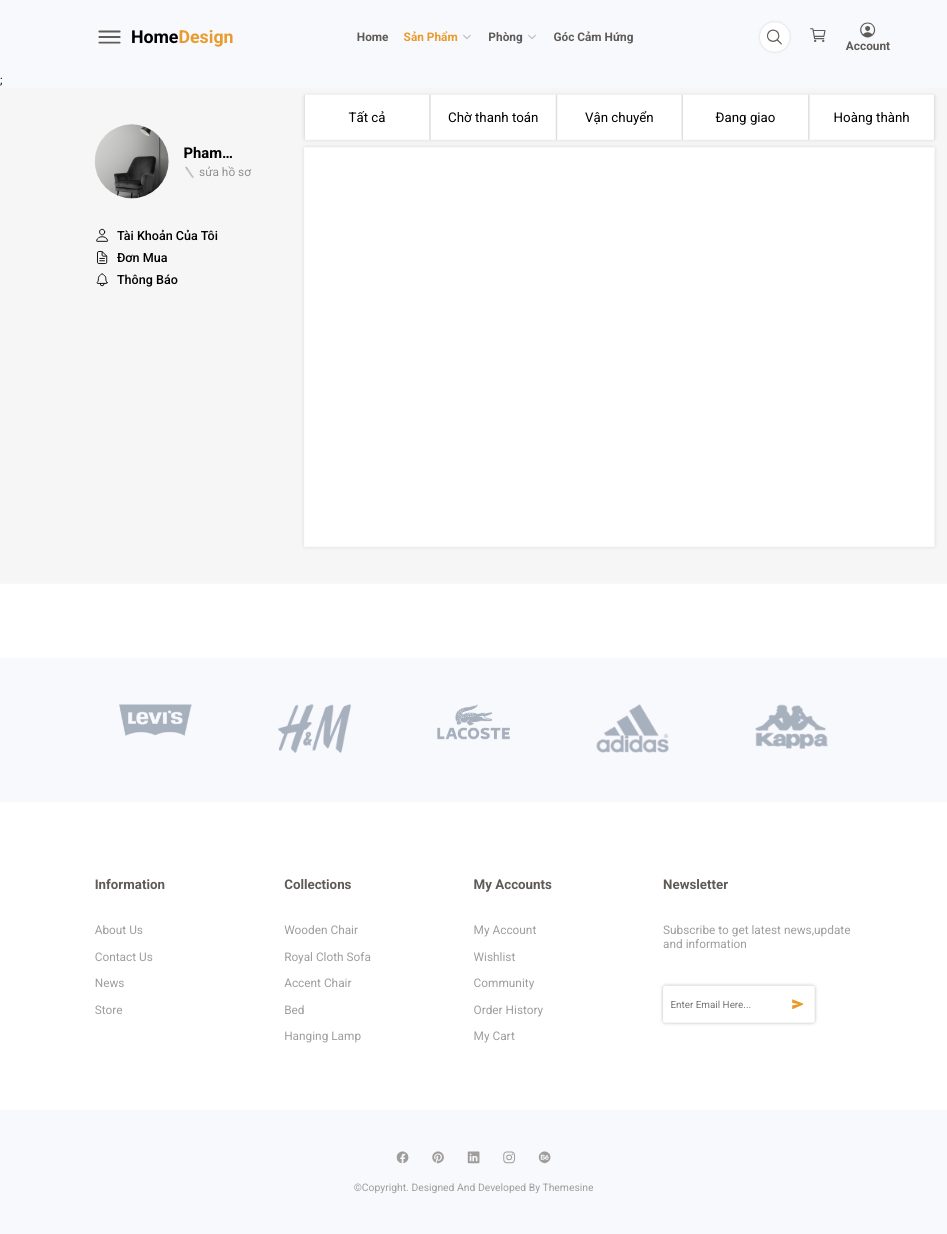
Repository: roll-t/do_an_CT299
Page: http://localhost/profile.php
The author's editor kept a copy of each file at every save. The page is drawn from the files as they stood at one save, then again after the next save.
The browser window is 1280 px wide. The pictures show the whole page, at 74% of full size.
Some web fonts or font styles are not loaded; a fallback is used. The page is run by PHP 8.4 with error messages shown; the project is at /var/www/html/. Queries for data that is not in the repository find no rows.

Above is the page before, as saved 2023-03-15 20:39:58.
Console error: TypeError: Cannot read properties of null (reading 'length')

### profile.php
<!DOCTYPE html>
<html lang="en">
<?php include './head.php' ?>
<link rel="stylesheet" href="./assets/css/profile.css">
<body>
    <div class="wrapper">
    <header id="top" class="header  header-banner">
        <?php include './header.php' ?>;
        </header>
        <div class="container-profile">
            <div class="left-profile">
                <div class="head">
                    <div class="avata">
                        <div class="img">
                            <img src="./images/room/living-room/img-2.png" alt="">
                        </div>
                        <div class="name">
                            <h4>Pham Phuoc Truong</h4>
                            <p><ion-icon name="pencil-outline"></ion-icon><span>sửa hồ sơ</span></p>
                        </div>
                    </div>

                </div>
                <div class="body">
                    <li class="items-profile">
                        <ion-icon name="person-outline"></ion-icon><p>Tài Khoản Của Tôi</p>
                        <ul class="menu-content">
                            <li class="items"><a href="#">Hồ sơ</a></li>
                            <li class="items"><a href="#">Ngân hàng</a></li>
                            <li class="items"><a href="#">Địa chỉ</a></li>
                            <li class="items"><a href="#">Đổi mật khẩu</a></li>
                        </ul>
                    </li>
                    <li class="items-profile">
                        <ion-icon name="document-text-outline"></ion-icon><p>Đơn Mua</p>
                        <ul></ul>
                    </li>
                    <li class="items-profile">
                        <ion-icon name="notifications-outline"></ion-icon><p>Thông Báo</p>
                        <ul class="menu-content">
                            <li class="items"><a href="#">Hồ sơ</a></li>
                            <li class="items"><a href="#">Ngân hàng</a></li>
                            <li class="items"><a href="#">Địa chỉ</a></li>
                            <li class="items"><a href="#">Đổi mật khẩu</a></li>
                        </ul>
                    </li>
                </div>
            </div>
            <div class="right-profile">
                <div class="items-right-profile my-profile">
                    <div class="head">
                        <h4>Hồ sơ của tôi</h4>
                        <p>Quản lý thông tin hồ sơ để bảo mật tài khoản</p>
                    </div>
                        <div class="container-my-profile">
                            <div class="left">
                                <form action="">
                                    <div class="group-input">
                                        <label for="account">Tên Đăng nhập: </label>
                                        <input name="account" type="text" placeholder="Tên đăng nhập chỉ được đổi một lần !">
                                    </div>
                                    <div class="group-input">
                                        <label for="name">Tên: </label>
                                        <input name="name" type="text" placeholder="Nhập vào tên ...">
                                    </div>
                                    <div class="group-input">
                                        <label for="phone">Số điện thoại: </label>
                                        <input name="phone" type="text" placeholder="Số điện thoại ">
                                    </div>
                                    <div class="group-input gender">
                                        <span>Giới tính: </span>
                                        <p>
                                            <span><label for="gender">Nam</label><input name="gender" type="radio"></span>
                                            <span><label for="gender">Nữ</label><input name="gender" type="radio"></span>
                                            <span><label for="gender">Khác</label><input name="gender" type="radio"></span>
                                        </p>
                                    </div>
                                    <div class="group-input">
                                        <span>Tỉnh / Thành Phố</span>
                                        <select name="" id="">
                                            <option value="">chon 1</option>
                                            <option value="">chon 1</option>
                                            <option value="">chon 1</option>
                                            <option value="">chon 1</option>
                                        </select>
                                    </div>
                                    <div class="group-input">
                                        <span>Quận / Huyện</span>
                                        <select name="" id="">
                                            <option value="">chon 1</option>
                                            <option value="">chon 1</option>
                                            <option value="">chon 1</option>
                                            <option value="">chon 1</option>
                                        </select>
                                    </div>
                                    <div class="group-input">
                                        <span>Địa Chỉ</span>
                                        <textarea name="" id="" cols="10" rows="3"></textarea>
                                    </div>
                                    <div class="confrim-info">
                                        <input type="submit" value="Lưu">
                                    </div>
                                </form>
                                </div>
                                <div  class="right">
                                    <div class="avata">
                                        <div class="img">
                                            <img src="./images/room/living-room/img-2.png" alt="">
                                        </div>
                                        <div class="name">
                                            <input type="file">
                                            <p><span>Dụng lượng file tối đa 1 MB
                                                Định dạng:.JPEG, .PNG</span></p>
                                        </div>
                                    </div>
                                </div>
                            </div>

                </div>
                <div class="items-right-profile order  active">
                    <div class="header-right">
                        <ul class="menu">
                            <li class="menu-item"><a href="#">Tất cả</a></li>
                            <li class="menu-item"><a href="#">Chờ thanh toán</a></li>
                            <li class="menu-item"><a href="#">Vận chuyển</a></li>
                            <li class="menu-item"><a href="#">Đang giao</a></li>
                            <li class="menu-item"><a href="#">Hoàng thành</a></li>
                        </ul>
                    </div>
                    <div class="container-right">
                    </div>
                </div>

            </div>
        </div>

        <?php include './footer.php' ?>
    </div>
</body>
<script src="./assets/javascript/show-search.js"></script>
<script src="./assets/javascript/cr-menu-item-product.js"></script>
<script src="./assets/javascript/show-left-meu.js"></script>
<script src="./assets/javascript/slide-2-banner.js"></script>
<script src="./assets/javascript/sticky-header.js"></script>
<script src="./assets/javascript/cart.js"></script>
<script src="./assets/javascript/profile.js"></script>
</html>

### head.php
<head>
    <meta charset="UTF-8">
    <meta http-equiv="X-UA-Compatible" content="IE=edge">
    <meta name="viewport" content="width=device-width, initial-scale=1.0">
    <title>HomeDesign</title>
    <link href="https://fonts.googleapis.com/css?family=Roboto:100,100i,300,300i,400,400i,500,500i,700,700i,900,900i" rel="stylesheet">
    <script type="module" src="https://unpkg.com/ionicons@5.5.2/dist/ionicons/ionicons.esm.js"></script>
    <link rel="preconnect" href="https://fonts.googleapis.com">
    <link rel="preconnect" href="https://fonts.gstatic.com" crossorigin>
    <link href="https://fonts.googleapis.com/css2?family=Acme&family=Akshar&family=Archivo+Black&family=Assistant:wght@200;300&family=Bangers&family=Carter+One&family=Dancing+Script:wght@500;600&family=Fjalla+One&family=Gulzar&family=Hind+Siliguri:wght@400;500;700&family=Karla:wght@200&family=Lato&family=Ms+Madi&family=Mukta:wght@300;800&family=Nunito:wght@200;300&family=Orelega+One&family=Oswald&family=Oxygen:wght@700&family=PT+Sans+Narrow&family=Permanent+Marker&family=Poppins:wght@100&family=Quicksand:wght@500&family=Roboto+Mono:wght@300&family=Roboto:ital,wght@0,500;0,900;1,500&family=Rubik&family=Square+Peg&family=The+Nautigal:wght@400;700&family=Varela+Round&family=Vollkorn:wght@500&display=swap" rel="stylesheet">
    <script nomodule src="https://unpkg.com/ionicons@5.5.2/dist/ionicons/ionicons.js"></script>
    <script src="https://ajax.googleapis.com/ajax/libs/jquery/3.6.3/jquery.min.js"></script>
    <link rel="stylesheet" href="./assets/css/app.css">
    <link rel="stylesheet" href="./assets/css/home.css">
    <link rel="stylesheet" href="./assets/css/book.css">
    <link rel="stylesheet" href="./assets/css/product.css">
    <link rel="shortcut icon" href="./logo/logo.png" type="image/x-icon">
</head>

### connect.php
<?php
$servername = "localhost";
$username = "root";
$password = "";
$dbname = "website_bannoithat";

// Create connection
$conn = new mysqli($servername, $username, $password, $dbname);
// Check connection
if ($conn->connect_error) {
  die("Connection failed: " . $conn->connect_error);
}
?>

### query.php

<?php
    function select_value($sql){
        global $conn;
        $arr_value=$conn->query($sql)->fetch_assoc();
        return $arr_value;
    }
    function select_value_all($sql){
        global $conn;
        $arr_value=$conn->query($sql)->fetch_all();
        return $arr_value;
    }

?>

### footer.php



    <div  class="body-6">
            <ul class="list-client">
                <li class="clients">
                    <img src="./images/clients/c1.png" alt="">
                </li>
                <li class="clients">
                    <img src="./images/clients/c2.png" alt="">
                </li>
                <li class="clients">
                    <img src="./images/clients/c3.png" alt="">
                </li>
                <li class="clients">
                    <img src="./images/clients/c4.png" alt="">
                </li>
                <li class="clients">
                    <img src="./images/clients/c5.png" alt="">
                </li>
            </ul>
    </div>
    <div id="contact" class="body-7">
            <div class="list-contact">
                <div class="list-contact-items">
                    <li class="items-contact title">
                        Information
                    </li>
                    <li class="items-contact"><a href="#">
                        About Us
                    </a></li>
                    <li class="items-contact"><a href="#">
                        Contact Us
                    </a></li>
                    <li class="items-contact"><a href="#">
                        News
                    </a></li>
                    <li class="items-contact"><a href="#">
                        Store
                    </a></li>
                </div>
                <div class="list-contact-items">
                    <li class="items-contact title">
                        Collections
                    </li>
                    <li class="items-contact"><a href="#">
                        Wooden Chair
                    </a></li>
                    <li class="items-contact"><a href="#">
                        Royal Cloth Sofa
                    </a></li>
                    <li class="items-contact"><a href="#">
                        Accent Chair
                    </a></li>
                    <li class="items-contact"><a href="#">
                        Bed
                    </a></li>
                    <li class="items-contact"><a href="#">
                        Hanging Lamp
                    </a></li>
                </div>
                <div class="list-contact-items">
                    <li class="items-contact title">
                        My Accounts
                    </li>
                    <li class="items-contact"><a href="#">
                        My Account
                    </a></li>
                    <li class="items-contact"><a href="#">
                        Wishlist
                    </a></li>
                    <li class="items-contact"><a href="#">
                        Community
                    </a></li>
                    <li class="items-contact"><a href="#">
                        Order History
                    </a></li>
                    <li class="items-contact"><a href="#">
                        My Cart
                    </a></li>
                </div>
                <div class="list-contact-items">
                    <li class="items-contact title">
                        Newsletter
                    </li>
                    <li class="items-contact"><a href="#">
                        Subscribe to get latest news,update and information
                    </a></li>
                    <li class="items-contact">
                        <div class="letter">
                            <input class="input-letter" type="text" placeholder="Enter Email Here...">
                            <ion-icon name="send"></ion-icon>
                        </div>
                    </li>
                </div>
            </div>
    </div>
    <footer class="footer">
            <div class="list-icon">
                <li class="icon-items"><a href="#"><ion-icon name="logo-facebook"></ion-icon></a></li>
                <li class="icon-items"><a href="#"><ion-icon name="logo-pinterest"></ion-icon></a></li>
                <li class="icon-items"><a href="#"><ion-icon name="logo-linkedin"></ion-icon></a></li>
                <li class="icon-items"><a href="#"><ion-icon name="logo-instagram"></ion-icon></a></li>
                <li class="icon-items"><a href="#"><ion-icon name="logo-behance"></ion-icon></a></li>
            </div>
            <div class="text">©Copyright. Designed And Developed By Themesine</div>
    </footer>

### assets/css/app.css
:root{
    --font-1:'Roboto', sans-serif;
}
html{
    scroll-behavior: smooth;
}
*{
    padding:0;
    margin:0;
    box-sizing: border-box;
    font-family:var(--font-1);
    transition: .25s;
}
a{
    text-decoration: none;
}
li{
    list-style: none;
}
img{
    width:100%;
}

### assets/css/profile.css


.container-profile{
    padding-block:50px;
    display: grid;
    grid-template-columns: 2.5fr 8fr;
    padding-inline:10%;
    grid-column-gap: 5%;
    background-color:#eeeeee84;
}
.container-profile .left-profile{
    display:flex;
    flex-direction: column;
    align-items: center;
}
.container-profile .left-profile .head{
    gap:20px;
    display:flex;
    flex-direction: column;
    justify-content: center;
    align-items: center;
}
.container-profile .left-profile .head .avata{
    display:flex;
    align-items: center;
    gap:20px;
}
.container-profile .left-profile .head .avata .img{
    flex-shrink: 0;
    width: 100px;
    height: 100px;
    overflow: hidden;
    border-radius: 100rem;
    display: flex;
    justify-content: center;
    align-items: center;
    cursor: pointer;
}

.container-profile .left-profile .head .name h4{
    font-size: 20px;
    display:-webkit-box;
    -webkit-line-clamp:1;
    -webkit-box-orient: vertical;
    overflow: hidden;
    text-overflow: ellipsis;
    word-break: break-word;
}
.container-profile .left-profile .head .name p{
    margin-top: 5px;
    display:flex;
    align-items: center;
    color:#929191;
    transition: .1s;
    cursor: pointer;
    gap:5px;
}
.container-profile .left-profile .head .name p:active{
    color:black;

}
.container-profile .left-profile .head .name p ion-icon{
    transform: rotateY(180deg) rotateZ(-10deg);
}
.container-profile .left-profile .body{
    margin-top: 30px;
    padding-top:10px;
    width:100%;
}
.container-profile .left-profile .items-profile{
    display:grid;
    grid-template-areas:'h1 h2 h2' 'h3 h3 h3' ;
    font-size: 17px;
    justify-content: start;
    align-items: center;
    grid-column-gap: 10px;
    cursor: pointer ;
    padding-bottom:10px;
}
.container-profile .left-profile .items-profile ion-icon{
    grid-area: h1;
    font-size: 20px;
}
.container-profile .left-profile .items-profile p{
    display:inline-block;
    margin-right:auto;
    justify-items: start;
    grid-area: h2;
    font-weight: 500 ;
}
.container-profile .left-profile .items-profile p:active {
    background-color: #33333345;
}
.container-profile .left-profile .items-profile ul{
    display:none;
    padding-block:10px;
    grid-area: h3;
}
.container-profile .left-profile .items-profile ul.active{
    display: block;
}
.container-profile .left-profile .items-profile ul li{
    padding-left:30px;
}
.container-profile .left-profile .items-profile ul li a{
    color:#333;
}
.container-profile .left-profile .items-profile ul li:hover{
    background:#33333337;
}
.container-profile .right-profile{
    margin-top: -40px;
    width:115%;
}
.container-profile .right-profile .header-right{
    background: white;
    box-shadow: 0 0 5px rgba(0, 0, 0, 0.114);
}
.container-profile .right-profile .header-right .menu{
    display:flex;
}
.container-profile .right-profile .header-right .menu .menu-item{
    border-left:1px solid rgba(0, 0, 0, 0.132);
    border-right:1px solid rgba(0, 0, 0, 0.132);
    text-align: center;
    padding-block:20px;
    flex-basis: 20%;
}
.container-profile .right-profile .header-right .menu .menu-item:hover{
    background: rgba(232, 230, 230, 0.308);
}
.container-profile .right-profile .header-right .menu .menu-item a{
    font-size: 18px;
    color:black;
}
.container-profile .right-profile .container-right{
    background: white;
    height:75vh;
    margin-top: 10px;

    box-shadow: 0 0 5px rgba(0, 0, 0, 0.114);
}
.container-profile .right-profile .items-right-profile{
    display:none;
}
.container-profile .right-profile .items-right-profile.active{
    display:block;
}
.container-profile .right-profile .my-profile{
    height: 80vh;
    overflow-y: scroll;
    background: white;
    box-shadow: 0 0 5px rgba(0, 0, 0, 0.114);
}
.container-profile .right-profile .my-profile .head{
    padding-inline:5%;
    padding-block:5px;
    border-bottom:1px solid rgba(128, 128, 128, 0.247);
}

.container-profile .right-profile .my-profile .head h4{
    font-size: 25px;
    font-weight: 500;
    padding-block:5px;
}

.container-profile .right-profile .my-profile .head p{
    font-size: 15px;
    color:rgba(0, 0, 0, 0.566);
    padding-bottom:5px;
}

.container-profile .right-profile .my-profile .container-my-profile{
    display:grid;
    grid-template-columns:7fr 3fr;
    padding-inline:5%;
    margin-block:25px;
}
.container-profile .right-profile .my-profile .container-my-profile .group-input{
    display:flex;
    align-items: center;
    justify-content: space-between;
    padding-block:10px;
    padding-right:10%;
}
.container-profile .right-profile .my-profile .container-my-profile .group-input.gender{
    display:flex;
    align-items: center;
    padding-right:30%;
}
.container-profile .right-profile .my-profile .container-my-profile .group-input.gender p label{
    margin-right:10px;
}
.container-profile .right-profile .my-profile .container-my-profile .group-input.gender p input{
    margin-right:30px;
}
.container-profile .right-profile .my-profile .container-my-profile .group-input input,textarea ,select{
    flex-basis: 70%;
    padding-block:10px;
}
.container-profile .right-profile .my-profile .container-my-profile .left .confrim-info{
    display:flex;
    justify-content: start;
    padding-block:20px;
}
.container-profile .right-profile .my-profile .container-my-profile .left .confrim-info input{
    padding:8px 30px;
    font-size: 15px;
    cursor: pointer;
    color:white;
    border:none;
    background: black;
    font-weight: 500;
}
.container-profile .right-profile .my-profile .container-my-profile .left .confrim-info input:active{
    opacity: .5;
}


.container-profile .right-profile .my-profile .right .avata{
    padding-inline:10%;
    gap:20px;
    padding-top:100px;
    display:flex;
    flex-direction: column;
    align-items: center;
}
.container-profile .right-profile .my-profile .right .avata p{
    font-size: 13px;
    text-align: center;
    width: 100%;
    padding-block:10px;
    padding-inline:10%;
}
.container-profile .right-profile .my-profile .right .avata .img{
    width: 100px;
    height: 100px;
    overflow: hidden;
    border-radius: 100rem;
}

Loaded but not shown: assets/javascript/cart.js (201 lines, source omitted); assets/javascript/slide-2-banner.js (94 lines, source omitted); assets/javascript/show-left-meu.js (42 lines, source omitted); assets/javascript/profile.js (28 lines, source omitted); assets/javascript/show-search.js (31 lines, source omitted); assets/javascript/sticky-header.js (13 lines, source omitted); assets/javascript/cr-menu-item-product.js (12 lines, source omitted); assets/css/book.css (1041 lines, source omitted); assets/css/home.css (1084 lines, source omitted); assets/css/product.css (437 lines, source omitted); header.php (105 lines, source omitted)

After the next save:
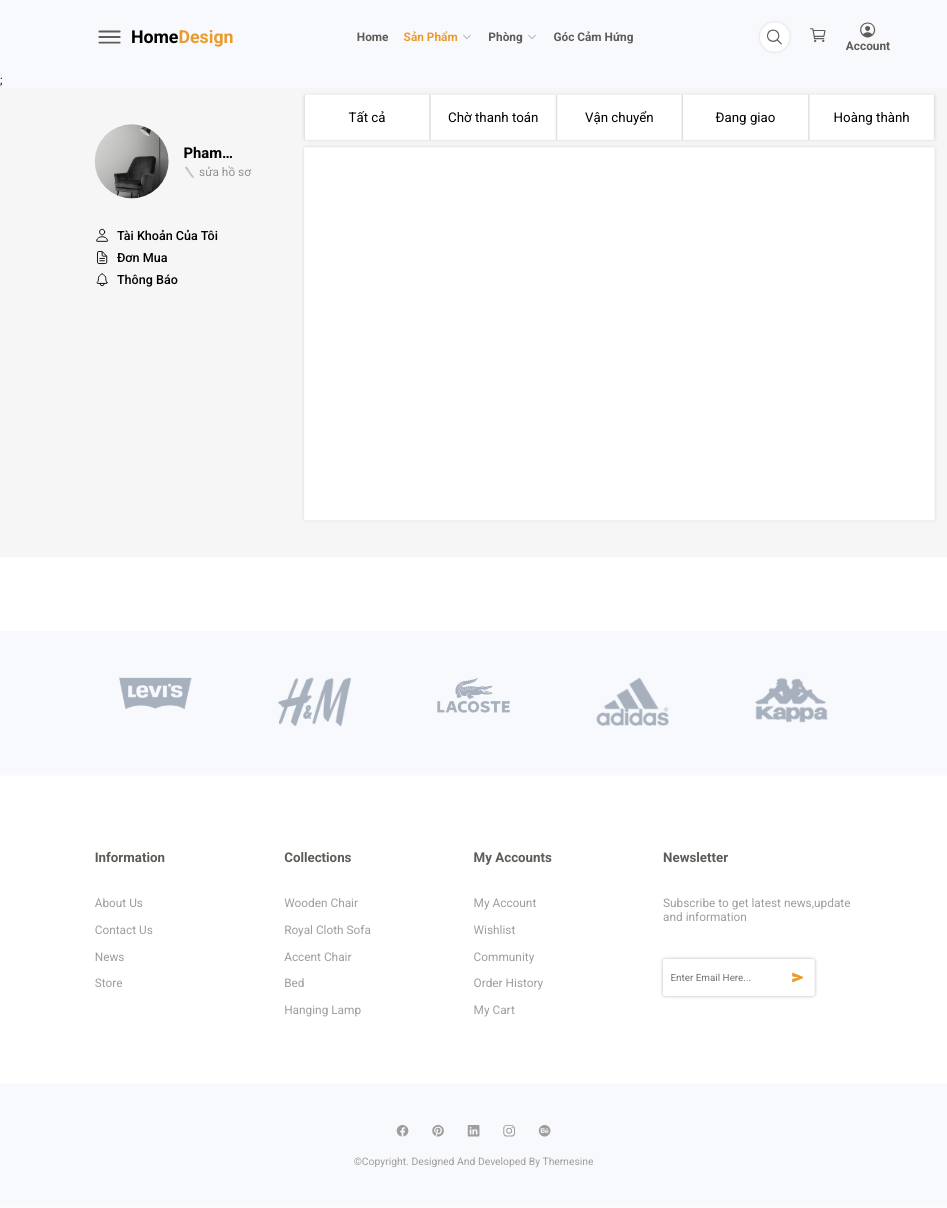
Saved 9 s later.
--- a/assets/css/profile.css
+++ b/assets/css/profile.css
@@ -135,7 +135,7 @@
 }
 .container-profile .right-profile .container-right{
     background: white;
-    height:75vh;
+    height:70vh;
     margin-top: 10px;
 
     box-shadow: 0 0 5px rgba(0, 0, 0, 0.114);
